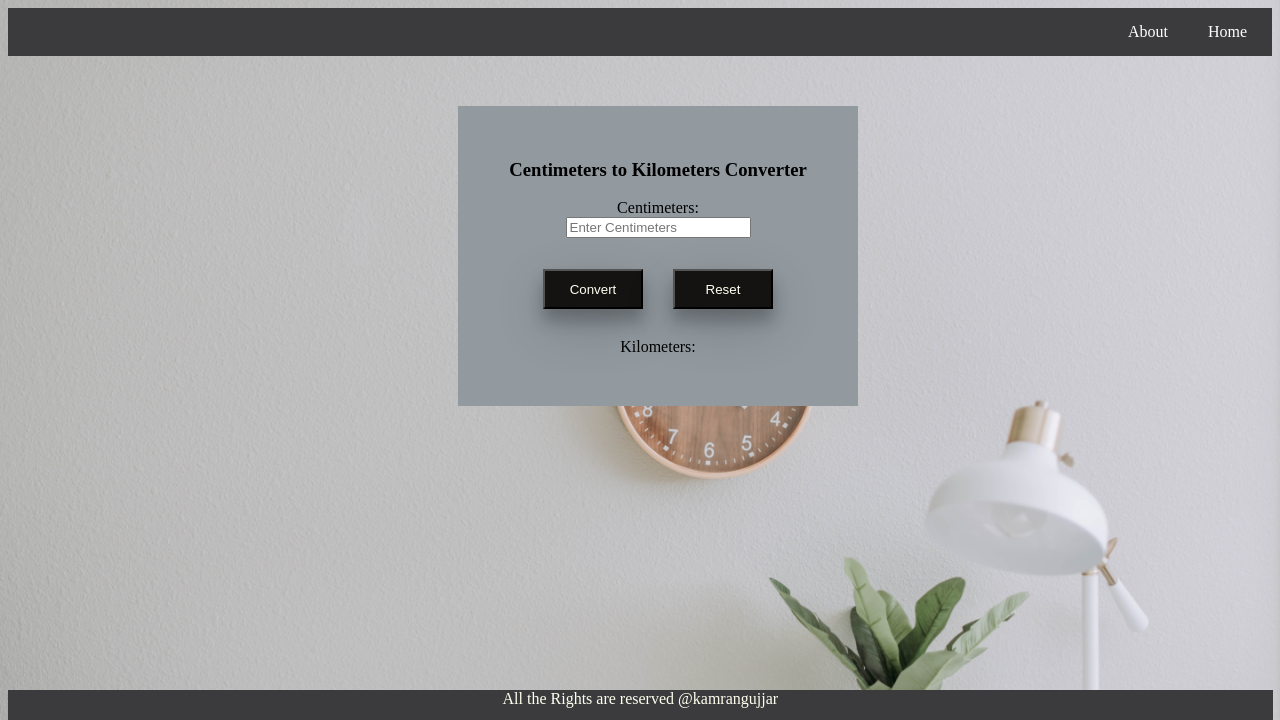
Repository: Kamrangujjar85112/Length-Converter
Page: html/cm_km.html
An editor plug-in stored every save of this project. The page is shown before and after the next save, followed by the edit.
The browser window is 1280 px wide. The pictures show the whole page.

Above is the page before, as saved 2022-01-21 22:46:39.

### html/cm_km.html
<!-- centimeters to kilometers -->
<!DOCTYPE html>
<html lang="en">
<head>
    <meta charset="UTF-8">
    <meta http-equiv="X-UA-Compatible" content="IE=edge">
    <meta name="viewport" content="width=device-width, initial-scale=1.0">
    <title>CM to KM</title>
    <link rel="stylesheet" href="../css/style.css">
</head>
<body>
    <div class="container ">
        <div class="header">
            <nav>
                <ul class="nav-ul">
                    <li class="nav-li"><a href="home.html">Home</a></li>
                    <li class="nav-li"><a href="about.html">About</a></li>
                </ul>
            </nav>
        </div>
        <div class="flex-container">
            <div>
                <h3>Centimeters to Kilometers Converter</h3>

            <label>Centimeters:</label><br>
            <input type="number" id="centimetersToKilometers" placeholder="Enter Centimeters" value=""><br><br>
            <button id="convert">Convert</button>
            <input type="reset" value="Reset" id="reset"><br>
            <p>Kilometers: <span id="cmToKm"></span></p>

          </div>

    </div>
            <footer class="footer">
                <span>All the Rights are reserved @kamrangujjar</span>
              </footer>
    </div>
    <script src="../js/converter.js"></script>
</body>
</html>

### css/style.css
  body{
    background-image: url('backg.jpg');
    background-repeat: no-repeat;
    background-attachment: fixed;
    background-size: cover;

}
.aboutclass {
    background-color: ivory;
    list-style: none;
    margin: auto;
    width: 50%;
    padding-bottom: 30px;
    margin-bottom: 20px;
    color: #3F51B5;
}
.listFlex {
    display: flex;
    align-items: center;
    list-style: none;
}

img {
  width: 300px;
  height: 300px;
  padding-left: 150px;
}
.header{
    top: 0;
    width: 100%;
    margin: 0;
    position: relative;

}
.nav-ul{
    list-style-type: none;
    margin: 0;
    overflow: hidden;
    background: rgb(59, 59, 61);
  }

.nav-li {
    padding-right: 10px;
    float: right;
    align-items: inherit;
}

.nav-li a {
    display: block;
    color: rgb(255, 255, 255);
    text-align:center;
    padding: 15px 15px;
    text-decoration: none;
}
.link {
    list-style: none;
    text-align: left;
    align-items: left;
    margin: 10px;
    width: 300px;
}
.nav-li a:hover {
    background-color: #0ac577;
}
footer{
    bottom: 0;
    width: 98.8%;
    position: fixed;
    color: ivory;
    height: 30px;
    text-align: center;
    background: rgb(59, 59, 61);
}
button{
    width: 100%;
    height:40px;
    color: ivory;
    background-color: #141312;
    margin:13px;
    box-shadow: 0 12px 16px 0 rgba(0,0,0,0.24), 0 17px 50px 0 rgba(0,0,0,0.19);
}
#convert{
    width: 100px;
    height:40px;
    color: ivory;
    background-color: #141312;
    margin:13px;
    box-shadow: 0 12px 16px 0 rgba(0,0,0,0.24), 0 17px 50px 0 rgba(0,0,0,0.19);
}
#reset{
    width: 100px;
    height:40px;
    color: ivory;
    background-color: #141312;
    margin:13px;
    box-shadow: 0 12px 16px 0 rgba(0,0,0,0.24), 0 17px 50px 0 rgba(0,0,0,0.19);
}
.flex-container {
    margin-top: 50px;
    margin-left: 450px;
    display: flex;
    justify-content: center;
    align-items: center;
    height: 300px;
    width: 400px;
    background-color: rgb(146, 154, 160);
    text-align: center;
  }

### js/converter.js
const inputCmToMm = document.getElementById('centimetersToMilimeters');
const inputMiToKm = document.getElementById('milesToKilometers');
const inputMToCm = document.getElementById('metersToCentimeters');
const inputCmToKm = document.getElementById('centimetersToKilometers');
const inputKmToM = document.getElementById('kilometersToMeters');
const inputMiToM = document.getElementById('milesToMeters');
const inputFValue = document.getElementById('firstValue');
const inputSValue = document.getElementById('secondValue');
const p = document.getElementById('percent');
const convert = document.getElementById('convert');
const reset = document.getElementById('reset');



// // Converter
// centimeters To kilometers
convert?.addEventListener('click', function converter(){

if(inputCmToKm?.value){
    const Km2 = inputCmToKm?.value / 100000;
    document.getElementById('cmToKm').innerHTML = inputCmToKm?.value +' Centimeters are equal to ' +Km2 + ' Kilometers';
}
// centimeters To Milimeters
if(inputCmToMm?.value){
    const Mm = inputCmToMm?.value * 10;
    document.getElementById('cmToMm').innerHTML = inputCmToMm?.value +' Centimeters are equal to ' +Mm + ' Milimeters';
}
// Miles to kilometers
if(inputMiToKm?.value){
    const Km1 = inputMiToKm?.value * 1.609;
    document.getElementById('miToKm').innerHTML = inputMiToKm?.value +' Miles are equal to ' +Km1 + ' Kilometers';
}
// Meters to Centimeters
if(inputMToCm?.value){
    const Cm1 = inputMToCm?.value * 100;
    document.getElementById('mToCm').innerHTML = inputMToCm?.value +' Meters are equal to ' +Cm1 + ' Centimeters';
}
// kilometers To meters
if(inputKmToM?.value){
    const M1 = inputKmToM?.value * 1000;
    document.getElementById('kmToM').innerHTML = inputKmToM?.value +' Kilometers are equal to ' +M1 + ' Meters';
}
// Miles To meters
if(inputMiToM?.value){
    const M2 = inputMiToM?.value * 1609;
    document.getElementById('miToM').innerHTML = inputMiToM?.value +' Miles are equal to ' +M2 + ' Meters';
}
// percentage
if(inputFValue?.value || inputSValue?.value){
    const fValue = inputFValue?.value;
    const sValue = inputSValue?.value;
    const p = fValue * 100 / sValue;
    document.getElementById('percent').innerHTML = 'The Percentage of ' + fValue +' in ' +sValue + ' is ' + p ;
}
});

// // reset

reset?.addEventListener('click', function reset(){

// centimeters To kilometers
if(inputCmToKm?.value){
document.getElementById('centimetersToKilometers').value = "";
document.getElementById('cmToKm').innerHTML = "";
}
// centimeters To Milimeters
if(inputCmToMm?.value){
    document.getElementById('centimetersToMilimeters').value= "";
    document.getElementById('cmToMm').innerHTML = "";
}
// Miles to kilometers
if(inputMiToKm?.value){
    document.getElementById('milesToKilometers').value = "";
    document.getElementById('miToKm').innerHTML = "";
}
// Meters to Centimeters
if(inputMToCm?.value){
    document.getElementById('metersToCentimeters').value = "";
    document.getElementById('mToCm').innerHTML = "";
}
// kilometers To meters
if(inputKmToM?.value){
    document.getElementById('kilometersToMeters').value = "";
    document.getElementById('kmToM').innerHTML = "";
}
// Miles To Meters
if(inputMiToM?.value){
    document.getElementById('milesToMeters').value = "";
    document.getElementById('miToM').innerHTML = "";
}
// percentage
if(inputFValue?.value || inputSValue?.value){
    document.getElementById('firstValue').value = "";
    document.getElementById('secondValue').value = "";
    document.getElementById('percent').innerHTML = "";
}
});

After the next save:
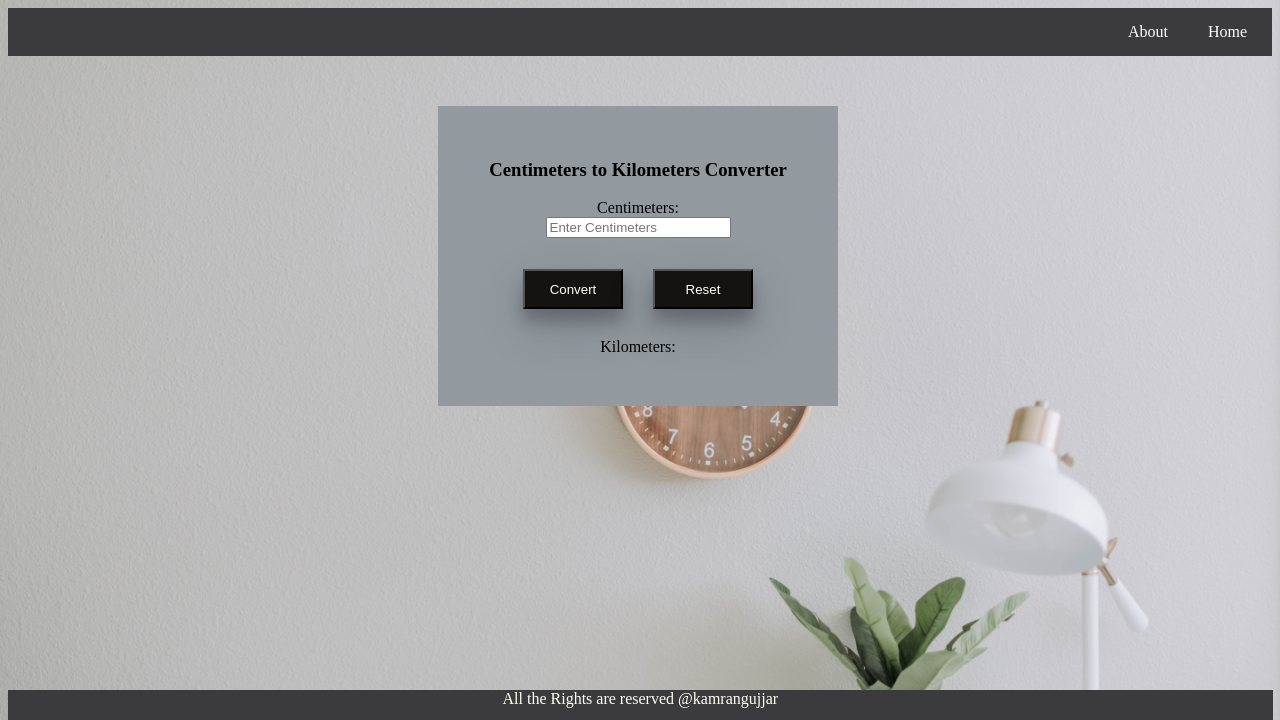
Saved 15 s later.
--- a/css/style.css
+++ b/css/style.css
@@ -97,7 +97,7 @@ button{
 }
 .flex-container {
     margin-top: 50px;
-    margin-left: 450px;
+    margin-left: 430px;
     display: flex;
     justify-content: center;
     align-items: center;
